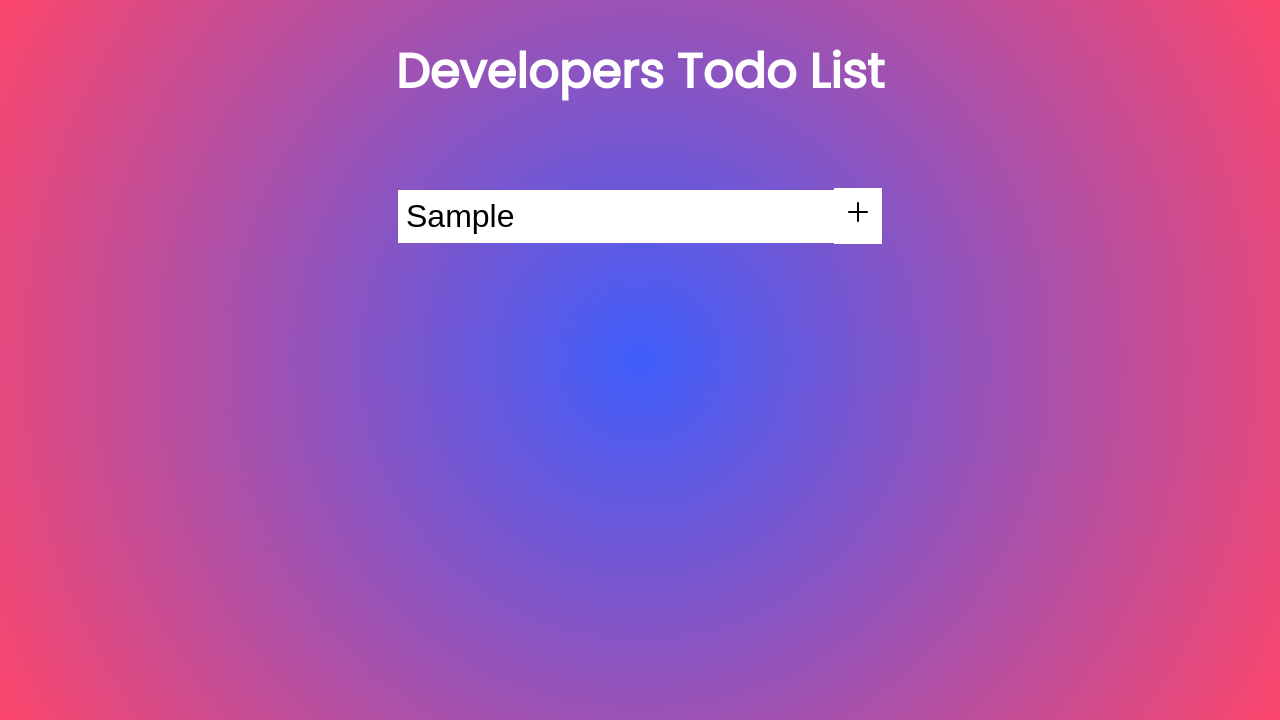
Repository: DevAntonioRogers/Vanilla-TodoList
Page: index.html
An editor plug-in stored every save of this project. The page is shown before and after the next save, followed by the edit.
The browser window is 1280 px wide. The pictures show the whole page.
Empty fields were first filled with sample values (such as "Sample", 5 or name@example.com).
After loading, the first visible `button.todo-button` was clicked once.

Above is the page before, as saved 2023-05-12 00:13:06.
Console error: ReferenceError: completedButtom is not defined

### index.html
<!DOCTYPE html>
<html lang="en">
  <head>
    <meta charset="UTF-8" />
    <meta http-equiv="X-UA-Compatible" content="IE=edge" />
    <meta name="viewport" content="width=device-width, initial-scale=1.0" />
    <link rel="preconnect" href="https://fonts.googleapis.com" />
    <link rel="preconnect" href="https://fonts.gstatic.com" crossorigin />
    <link href="https://fonts.googleapis.com/css2?family=Poppins&display=swap" rel="stylesheet" />
    <link rel="stylesheet" href="style.css" />
    <title>To-do</title>
  </head>
  <body>
    <header>
      <h1>Developers Todo List</h1>
    </header>
    <form action="">
      <input type="text" class="todo-input" />
      <button class="todo-button">
        <ion-icon name="add-outline"></ion-icon>
      </button>
    </form>

    <div class="todo-container">
      <ul class="todo-list"></ul>
    </div>

    <script type="module" src="https://unpkg.com/ionicons@7.1.0/dist/ionicons/ionicons.esm.js"></script>
    <script nomodule src="https://unpkg.com/ionicons@7.1.0/dist/ionicons/ionicons.js"></script>
    <script src="app.js"></script>
  </body>
</html>

### style.css
* {
  padding: 0;
  box-sizing: border-box;
  margin: 0;
}

body {
  background: rgb(63, 94, 251);
  background: radial-gradient(circle, rgba(63, 94, 251, 1) 0%, rgba(252, 70, 107, 1) 100%);
  color: white;
  font-family: "Poppins", sans-serif;
  min-height: 100vh;
}

header {
  font-size: 1.5rem;
}

header,
form {
  min-height: 20vh;
  display: flex;
  align-items: center;
  justify-content: center;
}

form input,
form button {
  padding: 0.5rem;
  font-size: 2rem;
  background-color: white;
  border: none;
}

form button {
  color: black;
  cursor: pointer;
  background-color: white;
}

### app.js
const todoInput = document.querySelector('.todo-input')
const todoButton = document.querySelector('.todo-button')
const todoList = document.querySelector('.todo-list')

todoButton.addEventListener('click', (e) => {
  e.preventDefault()
  const todoDiv = document.createElement('div')
  todoDiv.classList.add('todo')
  const newTodo = document.createElement('li')
  newTodo.innerText = 'hi'
  newTodo.classList.add('todo-item')
  todoDiv.appendChild(newTodo)
  console.log(newTodo)

  const completedButton = document.createElement('button')
  completedButton.innerHTML = '<ion-icon name="checkmark-outline"></ion-icon>'
  completedButton.classList.add('complete-button')
  todoDiv.appendChild(completedButtom)

  const deleteButton = document.createElement('button')
  deleteButton.innerHTML = '<ion-icon name="close-outline"></ion-icon>'
  deleteButton.classList.add('delete-button')
  todoDiv.appendChild(deleteButton)

  todoList.appendChild(todoDiv)
})

After the next save:
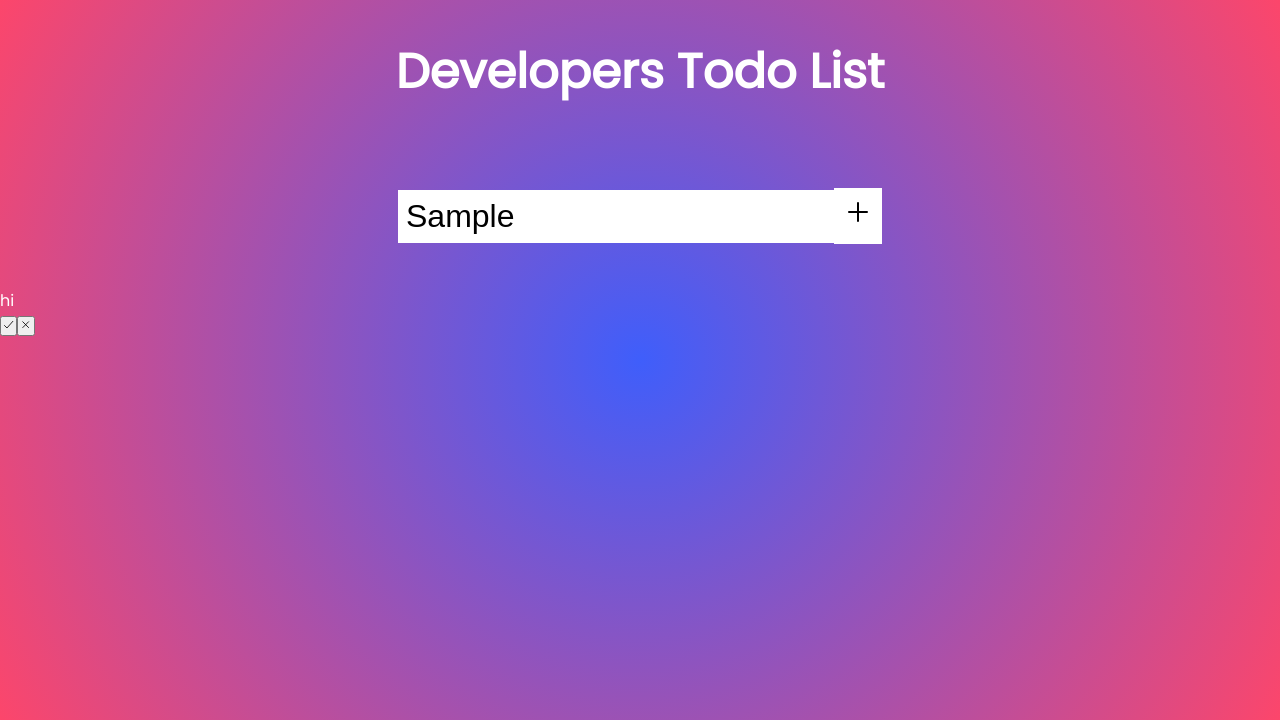
The error is gone.
Saved 41 s later.
--- a/app.js
+++ b/app.js
@@ -15,7 +15,7 @@ todoButton.addEventListener('click', (e) => {
   const completedButton = document.createElement('button')
   completedButton.innerHTML = '<ion-icon name="checkmark-outline"></ion-icon>'
   completedButton.classList.add('complete-button')
-  todoDiv.appendChild(completedButtom)
+  todoDiv.appendChild(completedButton)
 
   const deleteButton = document.createElement('button')
   deleteButton.innerHTML = '<ion-icon name="close-outline"></ion-icon>'
